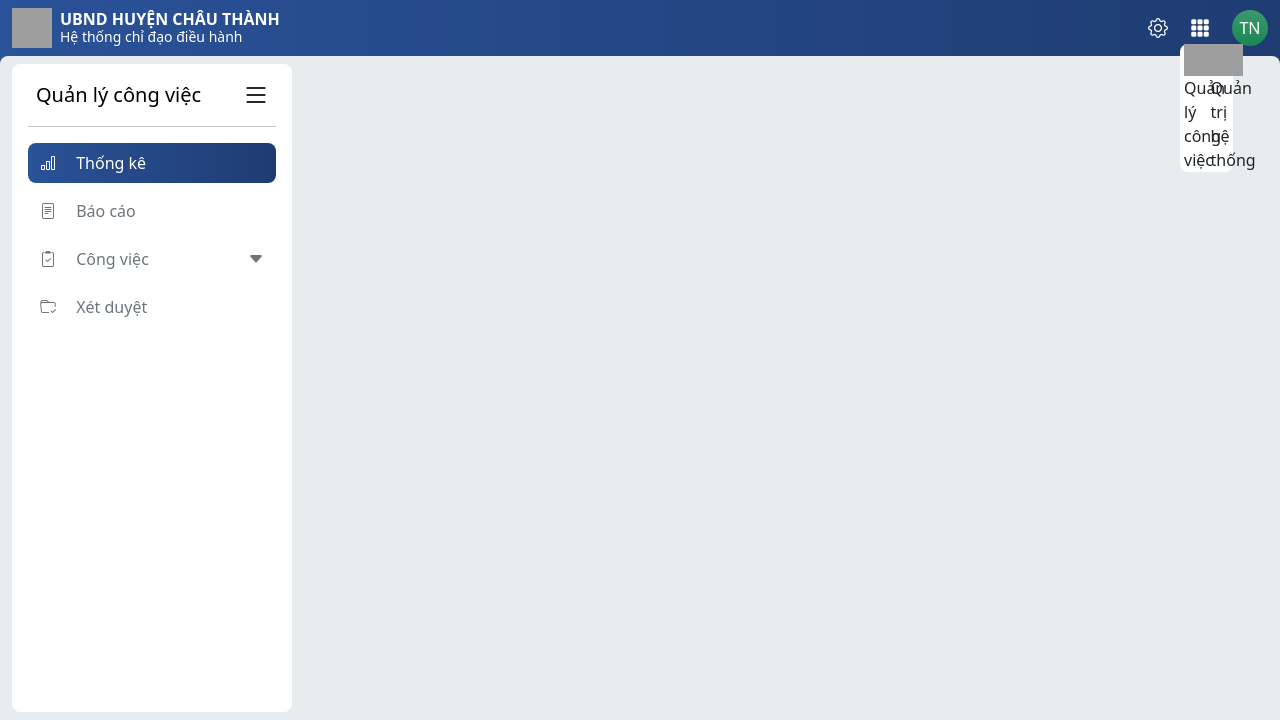
Repository: mys-pro/DATT-HeThongChiDaoDieuHanh
Page: index.html
The author's editor kept a copy of each file at every save. The page is drawn from the files as they stood at one save, then again after the next save.
The browser window is 1280 px wide. The pictures show the whole page.
Pictures or frames that could not be fetched are drawn as grey boxes.

Above is the page before, as saved 2024-04-21 15:00:34.

### index.html
<!DOCTYPE html>
<html lang="en">

<head>
    <meta charset="UTF-8">
    <meta name="viewport" content="width=device-width, initial-scale=1.0">
    <link rel="icon" href="./Assets/Image/icon.png" />
    <title>Hệ thống chỉ đạo điều hành</title>
    <link rel="stylesheet" href="./Bootstrap/bootstrap-icons-1.11.3/font/bootstrap-icons.min.css">
    <link rel="stylesheet" href="./Bootstrap/bootstrap-5.3.3-dist/css/bootstrap.min.css">
    <link rel="stylesheet" href="./Assets/css/Styles.css">
    <script src="./Assets/js/jquery-3.7.1.min.js"></script>
    <script src="./Bootstrap/bootstrap-5.3.3-dist/js/bootstrap.bundle.min.js"></script>
    <script src="./Assets/js/script.js"></script>
</head>

<body>
    <div class="app">
        <header class="header">
            <nav class="header__navbar navbar">
                <div class="header__navbar-container container-fluid">
                    <a href="#" class="header__navbar-logo navbar-brand p-0 d-flex">
                        <img class="header__navbar-img" src="./Assets/Image/Logo.png" alt="">
                        <div class="header__navbar-name mx-2 text-white align-content-center">
                            <h6 class="fw-bold p-0 m-0">UBND HUYỆN CHÂU THÀNH</h6>
                            <h6 class="fw-normal p-0 m-0">Hệ thống chỉ đạo điều hành</h6>
                        </div>
                    </a>

                    <ul class="header__navbar-list list-inline p-0 m-0 d-flex">
                        <li class="header__navbar-item ms-3 align-content-center">
                            <a class="border-0 bg-transparent rounded-circle text-white">
                                <i class="bi bi-gear fs-5"></i>
                            </a>
                        </li>
                        <li class="header__navbar-item ms-3 align-content-center position-relative">
                            <button type="button" class="border-0 bg-transparent rounded-circle text-white"
                            id="dropdown-apps">
                                <i class="bi bi-grid-3x3-gap-fill fs-5"></i>
                            </button>
                            <div class="row row-cols-2 gx-2 bg-white rounded-3 position-absolute" id="list-apps">
                                <div class="col">
                                    <img src="./Assets/Image/task-icon.png" alt="" width="32px" height="32px">
                                    Quản lý công việc
                                </div>
                                <div class="col">
                                    <img src="./Assets/Image/admin-icon.png" alt="" width="32px" height="32px">
                                    Quản trị hệ thống
                                </div>
                            </div>
                        </li>
                        <li class="header__navbar-item ms-3">
                            <div class="header__navbar-avatar border-0 bg-success bg-gradient rounded-circle text-white text-center align-content-center">TN</div>
                        </li>
                    </ul>
                </div>
            </nav>
        </header>

        <div class="app__container bg-body-secondary rounded-top-3 py-2">
            <div class="container-fluid">
                <div class="sidebar bg-white rounded-3 p-3 open">
                    <div class="side__bar-tile d-flex position-relative">
                        <span class="ms-2 text-black fs-5 text-nowrap">Quản lý công việc</span>
                        <button type="button"
                            class="sidebar__collapse-btn border-0 bg-white position-absolute text-end end-0">
                            <i class="bi bi-list"></i>
                        </button>
                    </div>
                    <hr>

                    <ul class="sidebar-list list-unstyled p-0 m-0">
                        <li class="sidebar-item mb-2">
                            <a href="#" class="rounded-3 text-secondary text-nowrap d-block active">
                                <i class="bi bi-bar-chart me-3"></i>
                                <span>Thống kê</span>
                            </a>
                        </li>

                        <li class="sidebar-item mb-2">
                            <a href="#" class="rounded-3 text-secondary text-nowrap d-block">
                                <i class="bi bi-file-text me-3"></i>
                                <span>Báo cáo</span>
                            </a>
                        </li>

                        <li class="sidebar-item mb-2">
                            <a href="#" class="position-relative rounded-3 text-secondary text-nowrap d-block collapsed"
                                data-bs-toggle="collapse" data-bs-target="#sidebarToggleExternalContent">
                                <i class="bi bi-clipboard2-check me-3"></i>
                                <span>Công việc</span>
                                <i class="bi bi-caret-down-fill"></i>
                            </a>

                            <ul class="sidebar-list-child collapse list-inline text-secondary text-nowrap"
                                id="sidebarToggleExternalContent">
                                <li class="sidebar-item-child mt-2">
                                    <a href="#"
                                        class="text-secondary rounded-3 text-nowrap d-block d-flex justify-content-between align-items-center active">
                                        Tất cả
                                        <span class="badge text-bg-danger rounded-pill">1</span>
                                    </a>
                                </li>
                                <li class="sidebar-item-child mt-2">
                                    <a href="#"
                                        class="text-secondary rounded-3 text-nowrap d-block d-flex justify-content-between align-items-center">
                                        Dự thảo
                                        <span class="badge text-bg-danger rounded-pill">1</span>
                                    </a>
                                </li>
                                <li class="sidebar-item-child mt-2">
                                    <a href="#"
                                        class="text-secondary rounded-3 text-nowrap d-block d-flex justify-content-between align-items-center">
                                        Hoàn thành
                                        <span class="badge text-bg-danger rounded-pill">1</span>
                                    </a>
                                </li>
                                <li class="sidebar-item-child mt-2">
                                    <a href="#"
                                        class="text-secondary rounded-3 text-nowrap d-block d-flex justify-content-between align-items-center">
                                        Chờ phê duyệt
                                        <span class="badge text-bg-danger rounded-pill">1</span>
                                    </a>
                                </li>
                                <li class="sidebar-item-child mt-2">
                                    <a href="#"
                                        class="text-secondary rounded-3 text-nowrap d-block d-flex justify-content-between align-items-center">
                                        Làm lại
                                        <span class="badge text-bg-danger rounded-pill">1</span>
                                    </a>
                                </li>
                                <li class="sidebar-item-child mt-2">
                                    <a href="#"
                                        class="text-secondary rounded-3 text-nowrap d-block d-flex justify-content-between align-items-center">
                                        Bị hủy
                                        <span class="badge text-bg-danger rounded-pill">1</span>
                                    </a>
                                </li>
                            </ul>
                        </li>

                        <li class="sidebar-item mb-2">
                            <a href="#" class="rounded-3 text-secondary text-nowrap d-block">
                                <i class="bi bi-folder-check me-3"></i>
                                <span>Xét duyệt</span>
                            </a>
                        </li>
                    </ul>
                </div>
            </div>
        </div>
    </div>
</body>

</html>

### Assets/css/Styles.css
:root {
    --primary-color: #2a5298;
    --primary-gradient-color: linear-gradient(to left, #1e3c72, #2a5298);
    --bs-body-color: #212529;
}

body {
    overflow: auto;
}

.col-0 {
    display: none;
}

.app {
    background-image: var(--primary-gradient-color);
}
/* ======Navbar====== */
.header__navbar-img {
    width: 40px;
    height: 40px;
}

.header__navbar-name h6:first-child {
    font-size: 16px;
}

.header__navbar-name h6:last-child {
    font-size: 14px;
}

.header__navbar-avatar {
    width: 36px;
    height: 36px;
}

.header__navbar-item a {
    cursor: pointer;
}

.header__navbar-item span {
    top: 25%;
    right: -15px;
}
/* ======Sidebar====== */
.sidebar {
    --height: calc(100vh - 56px - 16px);
    min-height: var(--height);
    width: 72px;
    transition: all .2s ease-out;
}

.sidebar.open {
    width: 280px;
}

.sidebar a {
    padding: 8px 12px;
    text-decoration: none;
    overflow: hidden;
}

.sidebar span {
    overflow: hidden;
}

.sidebar__collapse-btn {
    font-size: 28px;
    line-height: 0;
}

.sidebar-list-child {
    overflow: hidden;
}

.sidebar-item > a:hover {
    background-color: rgba(0, 0, 0, 0.05) !important;
}

.sidebar-item > a:active {
    background-color: rgba(0, 0, 0, 0.1) !important;
}

.sidebar-item > a.active {
    background-image: var(--primary-gradient-color);
    color: white !important;
}

.sidebar:not(.open) .sidebar-list-child {
    display: none;
}

.sidebar-item > a[data-bs-toggle="collapse"].collapsed > i:last-child {
    position: absolute;
    right: 12px;
    top: 0.5rem;
    transform: rotate(0deg);
    transition: all .2s ease-out;
}

.sidebar-item > a[data-bs-toggle="collapse"] > i:last-child {
    position: absolute;
    right: 12px;
    top: 0.5rem;
    transform: rotate(180deg);
    transition: all .2s ease-out;
}

.sidebar:not(.open) .sidebar-item > a[data-bs-toggle="collapse"] > i:last-child {
    display: none;
}

.sidebar-item-child > a:not(.active):hover {
    background-color: rgba(0, 0, 0, 0.05) !important;
}

.sidebar-item-child > a:not(.active):active,
.sidebar-item-child > a.active {
    background-color: rgba(0, 0, 0, 0.1) !important;
}

@media (max-width: 576px) {
    .sidebar {
        display: none;
    }

    .header__navbar-list {
        display: none !important;
    }
}

### Assets/js/script.js
$(document).ready(function() {
    $('.sidebar__collapse-btn').click(function() {
        $(".sidebar").toggleClass("open");
    });

    $('.sidebar-item > a').click(function() {
        $('.sidebar-item > a').removeClass("active");
        $(this).addClass("active");
        $('#sidebarToggleExternalContent').collapse('hide');
    });

    $('.sidebar-item > a[data-bs-toggle="collapse"]').click(function() {
        $('.sidebar-item-child > a').removeClass("active");
        $('.sidebar-item-child > a:first').addClass("active");
      });

    $('.sidebar-item-child > a').click(function() {
        $('.sidebar-item-child > a').removeClass("active");
        $(this).addClass("active");
    });
});

Loaded but not shown: library/Bootstrap/bootstrap-icons-1.11.3/font/bootstrap-icons.min.css (library); library/Bootstrap/bootstrap-5.3.3-dist/css/bootstrap.min.css (library); Public/js/jquery-3.7.1.min.js (library); library/Bootstrap/bootstrap-5.3.3-dist/js/bootstrap.bundle.min.js (library)

After the next save:
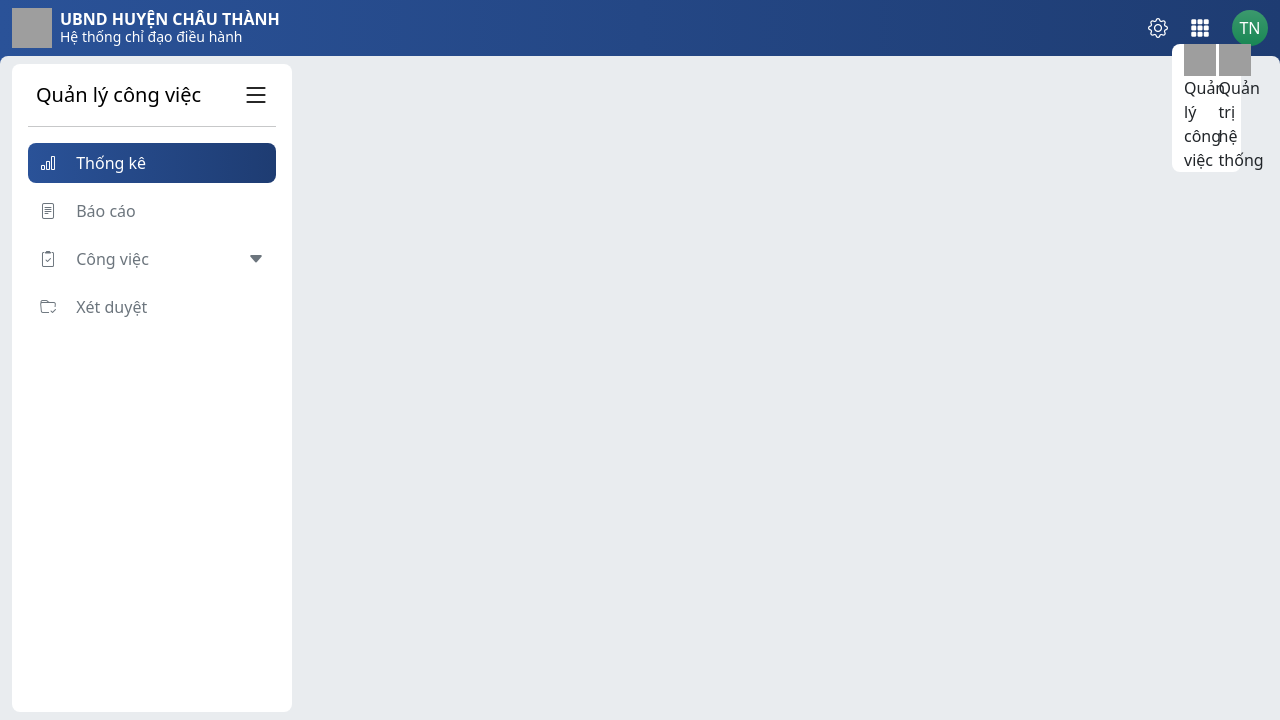
Saved 6 s later.
--- a/index.html
+++ b/index.html
@@ -38,7 +38,7 @@
                             id="dropdown-apps">
                                 <i class="bi bi-grid-3x3-gap-fill fs-5"></i>
                             </button>
-                            <div class="row row-cols-2 gx-2 bg-white rounded-3 position-absolute" id="list-apps">
+                            <div class="row row-cols-2 gx-4 bg-white rounded-3 position-absolute" id="list-apps">
                                 <div class="col">
                                     <img src="./Assets/Image/task-icon.png" alt="" width="32px" height="32px">
                                     Quản lý công việc
